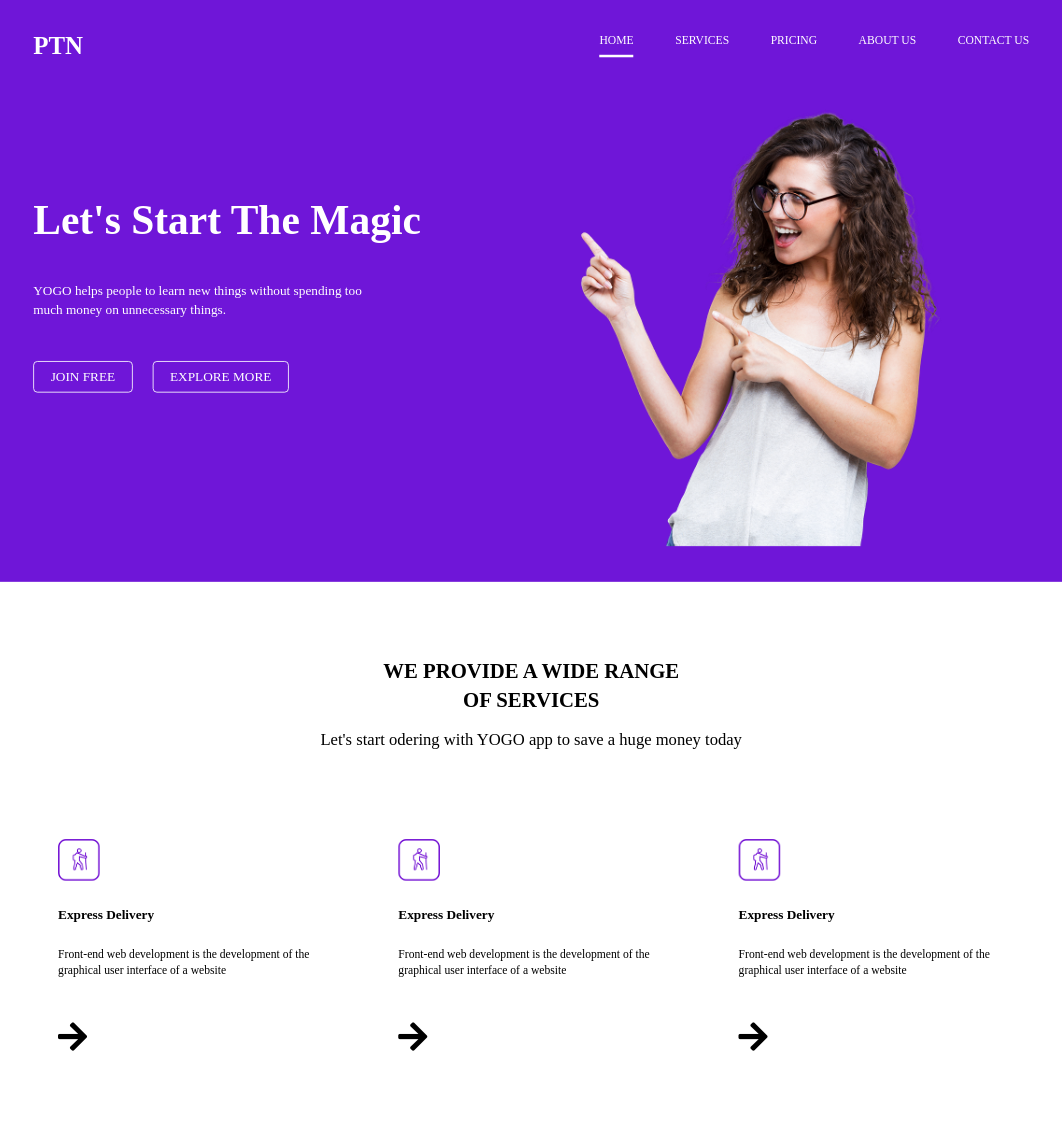
Repository: PhamTrungNguyen/LuyenTap
Page: index.html
The author's editor kept a copy of each file at every save. The page is drawn from the files as they stood at one save, then again after the next save.
The browser window is 1280 px wide. The pictures show the whole page, at 83% of full size.
Some web fonts or font styles are not loaded; a fallback is used. The style sheet was rebuilt from its Sass, Less or Tailwind sources for each picture, by a compiler version that may differ from the author's.

Above is the page before, as saved 2021-12-05 20:06:13.

### index.html
<!DOCTYPE html>
<html lang="en">

<head>
    <meta charset="UTF-8">
    <meta http-equiv="X-UA-Compatible" content="IE=edge">
    <meta name="viewport" content="width=device-width, initial-scale=1.0">
    <title>TN_YoGo</title>
    <link rel="stylesheet" href="./reset.css">
    <link rel="stylesheet" href="./style.css">
    <!-- link truyền icon -->
    <link rel="stylesheet" href="https://cdnjs.cloudflare.com/ajax/libs/font-awesome/5.15.3/css/all.min.css"
        integrity="sha512-iBBXm8fW90+nuLcSKlbmrPcLa0OT92xO1BIsZ+ywDWZCvqsWgccV3gFoRBv0z+8dLJgyAHIhR35VZc2oM/gI1w=="
        crossorigin="anonymous" referrerpolicy="no-referrer" />
    <!-- link font chữ -->
    <link
        href="https://fonts.googleapis.com/css2?family=Roboto:ital,wght@0,300;0,400;1,300;1,400&family=Zen+Loop&display=swap"
        rel="stylesheet">
</head>

<body>
    <!-- -------------------- Logo và menu -------------------- -->
    <header class="header">
        <div class="container">
            <div class="header-main">
                <a href="#" class="header-main_logo">PTN</a>
                <ul class="header-main_menu">
                    <li class="header-main_menu__item">
                        <a href="" class="header-main_menu__link active-home">Home</a>
                    </li>
                    <li class="header-main_menu__item">
                        <a href="" class="header-main_menu__link">Services</a>
                    </li>
                    <li class="header-main_menu__item">
                        <a href="" class="header-main_menu__link">Pricing</a>
                    </li>
                    <li class="header-main_menu__item">
                        <a href="" class="header-main_menu__link">About Us</a>
                    </li>
                    <li class="header-main_menu__item">
                        <a href="" class="header-main_menu__link">Contact Us</a>
                    </li>
                </ul>
            </div>
            <!-- -------------------- Phần header trung tâm -------------------- -->
            <div class="header-center">
                <div class="header-left">
                    <h2 class="header-left_title">Let's Start The Magic</h2>
                    <p class="header-left_desc">YOGO helps people to learn new things without spending too much money on
                        unnecessary things.</p>
                    <div class="header-left_click">
                        <a href="" class="header-left_link">join free</a>
                        <a href="" class="header-left_link">explore more</a>
                    </div>
                </div>
                <div class="header-right">
                    <img src="./images/home-pic.png" alt="" class="header-right_image">
                </div>
            </div>
        </div>
    </header>
    <!-- -------------------- Phần service ( dưới header ) -------------------- -->
    <section class="service">
        <div class="container">
            <div class="service-over">
                <h2 class="service-over_title">we provide a wide range of services</h2>
                <p class="service-over_desc">Let's start odering with YOGO app to save a huge money today</p>
            </div>
            <div class="service-below">
                <div class="service-below--list">
                    <div class="service-below--block">
                        <img src="./images/Icon-1.png" alt="" class="service-below_icon">
                        <h3 class="service-below_title">Express Delivery</h3>
                        <span class="service-below_desc">Front-end web development is the development of the graphical user interface of a website</span>
                        <div class="service-below_item">
                            <i class="fas fa-arrow-right"></i>
                        </div>
                    </div>
                </div>
                <div class="service-below--list">
                    <div class="service-below--block">
                        <img src="./images/Icon-1.png" alt="" class="service-below_icon">
                        <h3 class="service-below_title">Express Delivery</h3>
                        <span class="service-below_desc">Front-end web development is the development of the graphical user interface of a website</span>
                        <div class="service-below_item">
                            <i class="fas fa-arrow-right"></i>
                        </div>
                    </div>
                </div>
                <div class="service-below--list">
                    <div class="service-below--block">
                        <img src="./images/Icon-1.png" alt="" class="service-below_icon">
                        <h3 class="service-below_title">Express Delivery</h3>
                        <span class="service-below_desc">Front-end web development is the development of the graphical user interface of a website</span>
                        <div class="service-below_item">
                            <i class="fas fa-arrow-right"></i>
                        </div>
                    </div>
                </div>

            </div>
        </div>
    </section>

</body>

</html>

### reset.css
/* http://meyerweb.com/eric/tools/css/reset/
   v2.0 | 20110126
   License: none (public domain)
*/

html,
body,
div,
span,
applet,
object,
iframe,
h1,
h2,
h3,
h4,
h5,
h6,
p,
blockquote,
pre,
a,
abbr,
acronym,
address,
big,
cite,
code,
del,
dfn,
em,
img,
ins,
kbd,
q,
s,
samp,
small,
strike,
strong,
sub,
sup,
tt,
var,
b,
u,
i,
center,
dl,
dt,
dd,
ol,
ul,
li,
fieldset,
form,
label,
legend,
table,
caption,
tbody,
tfoot,
thead,
tr,
th,
td,
article,
aside,
canvas,
details,
embed,
figure,
figcaption,
footer,
header,
hgroup,
menu,
nav,
output,
ruby,
section,
summary,
time,
mark,
audio,
video {
  margin: 0;
  padding: 0;
  border: 0;
  font-size: 100%;
  font: inherit;
  vertical-align: baseline;
}
/* HTML5 display-role reset for older browsers */
article,
aside,
details,
figcaption,
figure,
footer,
header,
hgroup,
menu,
nav,
section {
  display: block;
}
body {
  line-height: 1;
}
ol,
ul {
  list-style: none;
}
blockquote,
q {
  quotes: none;
}
blockquote:before,
blockquote:after,
q:before,
q:after {
  content: "";
  content: none;
}
table {
  border-collapse: collapse;
  border-spacing: 0;
}

### style.scss
html {
  font-size: 62.5%;
}
* {
  box-sizing: border-box;
}
body {
  font-family: "Bona Nova", serif;
  font-size: 1.6rem;
  font-weight: normal;
  outline: none;
}
a {
  text-decoration: none;
}
img {
  max-width: 100%;
}
.container {
  padding: 4rem;
}
.active-home {
  border-bottom: 3px solid white !important;
  padding-bottom: 10px;
}
.header {
  //-------------------- Logo và menu --------------------
  background-color: #6f16d8;
  &-main {
    // max-width: 1100px;
    display: flex;
    flex-direction: row;
    justify-content: space-between;
    &_logo {
      display: inline-block;
      text-transform: uppercase;
      font-size: 3rem;
      font-weight: 700;
      color: white;
    }
    &_menu {
      cursor: pointer;
      display: flex;
      flex-direction: row;
      position: relative;
      &__item:not(:last-child) {
        margin-right: 5rem;
      }
      &__link {
        text-transform: uppercase;
        display: inline-block;
        color: white;
        font-size: 1.4rem;
        border-bottom: 2px solid transparent;
        padding-bottom: 10px;
        transition: all 0.25s linear;
      }
      &__link:hover {
        color: black;
        border-bottom: 3px solid white;
      }
    }
  }
}
@media screen and (max-width: 767px) {
  .container {
    padding: 3rem;
  }
  .header-main {
    display: block;
    &_logo {
      display: block;
      text-align: center;
      padding-bottom: 1rem;
    }
  }
  .header-main_menu__item:not(:last-child) {
    margin-right: 1.4rem;
  }
  .header-main_menu__link {
    font-size: 1.5rem;
    text-transform: capitalize;
  }
}
//-------------------- Phần header trung tâm --------------------
.header {
  &-center {
    padding-top: 15rem;
    display: flex;
    justify-content: space-between;
  }
  &-left {
    margin-top: 2rem;
    &_title {
      color: white;
      font-size: 5rem;
      font-weight: bold;
      padding-bottom: 5rem;
    }
    &_desc {
      color: white;
      max-width: 400px;
      line-height: 1.4;
      padding-bottom: 5rem;
    }
    &_link {
      display: inline-block;
      padding: 1rem 2rem;
      color: white;
      text-transform: uppercase;
      border-radius: 0.5rem;
      border: 1px solid white;
      transition: all 0.25s linear;
      margin-right: 2rem;
    }
    &_link:hover {
      background-color: #fff;
      color: black;
    }
  }
  &-right {
    margin-right: 10rem;
    margin-top: -10rem;
    &_image {
      width: 45rem;
    }
  }
}
@media screen and (max-width: 1023px) {
  .header-left {
    margin-top: 0rem;
  }
  .header-center {
    padding-top: 8rem;
  }
  .header-right {
    margin-right: 0rem;
    margin-top: -3rem;
  }
  .header-left_title {
    padding-bottom: 3rem;
  }
  .header-left_desc {
    max-width: 350px;
    padding-bottom: 4rem;
  }
}
@media  screen and (max-width:767px){
  .header-center {
    padding-top: 4rem;
}
  .header-left_title {
    font-size: 2rem;
    padding-bottom: 2rem;
}
.header-right_image {
  width: 50rem;
  height: 24rem;
}
.header-right {
  margin-right: -3rem;
  margin-top: 0rem;
}
.header-left_desc {
  line-height: 1.2;
  padding-bottom: 0rem;
  font-size: 1.2rem;
}
.header-left_link {
  margin-top: 2rem;
  padding: 0.5rem 1rem;
  font-size: 1.5rem;
  margin-right: 0rem;
  max-width: 10rem;
  text-align: center;
}
}
//-------------------- Phần service ( dưới header ) --------------------
.service
{
  padding-top: 5rem;
  &-over
  {
    padding-bottom: 5rem;
    text-align: center;
    &_title
    {
      margin: 0 auto;
      text-transform: uppercase;
      color: black;
      font-size: 2.5rem;
      font-weight: 600;
      max-width:380px;
      padding-bottom: 2rem;
      line-height: 1.4;
    }
    &_desc
    {
      font-size: 2rem;
    }
  }
  &-below
  {

    display:flex;
    flex-wrap: wrap;
    &--block{
      padding:6rem 3rem 4rem 3rem;
      // background-color: #6f16d8;
      border-radius:1rem;
      transition: all 0.75s ease;
    }
    &--list{
      width: calc(33.33% - 2rem);

    }
    &--list:hover{
      .service-below--block{
        background-color: #6f16d8
      }
      .service-below_title , .service-below_desc,.service-below_item {
        transition: all 0.75s ease;
        color:white;
      }


    }
    &--list:not(:last-child)
    {
      margin-right: 3rem;

    }
    &_icon {
     width:5rem;
     height:5rem;
     margin-bottom: 3rem;
    }
    &_title{
      color: black;
      font-weight: 600;
      padding-bottom: 3rem;
      // transition: all 0.5s ease;
    }
    &_desc{
      color: black;
      line-height:1.4;
      word-break: break-word;
      font-size: 1.4rem;
      // transition: all 0.5s ease;
    }
    &_item{
      padding-top: 5rem;
      font-size: 4rem;
    }
  }
}

After the next save:
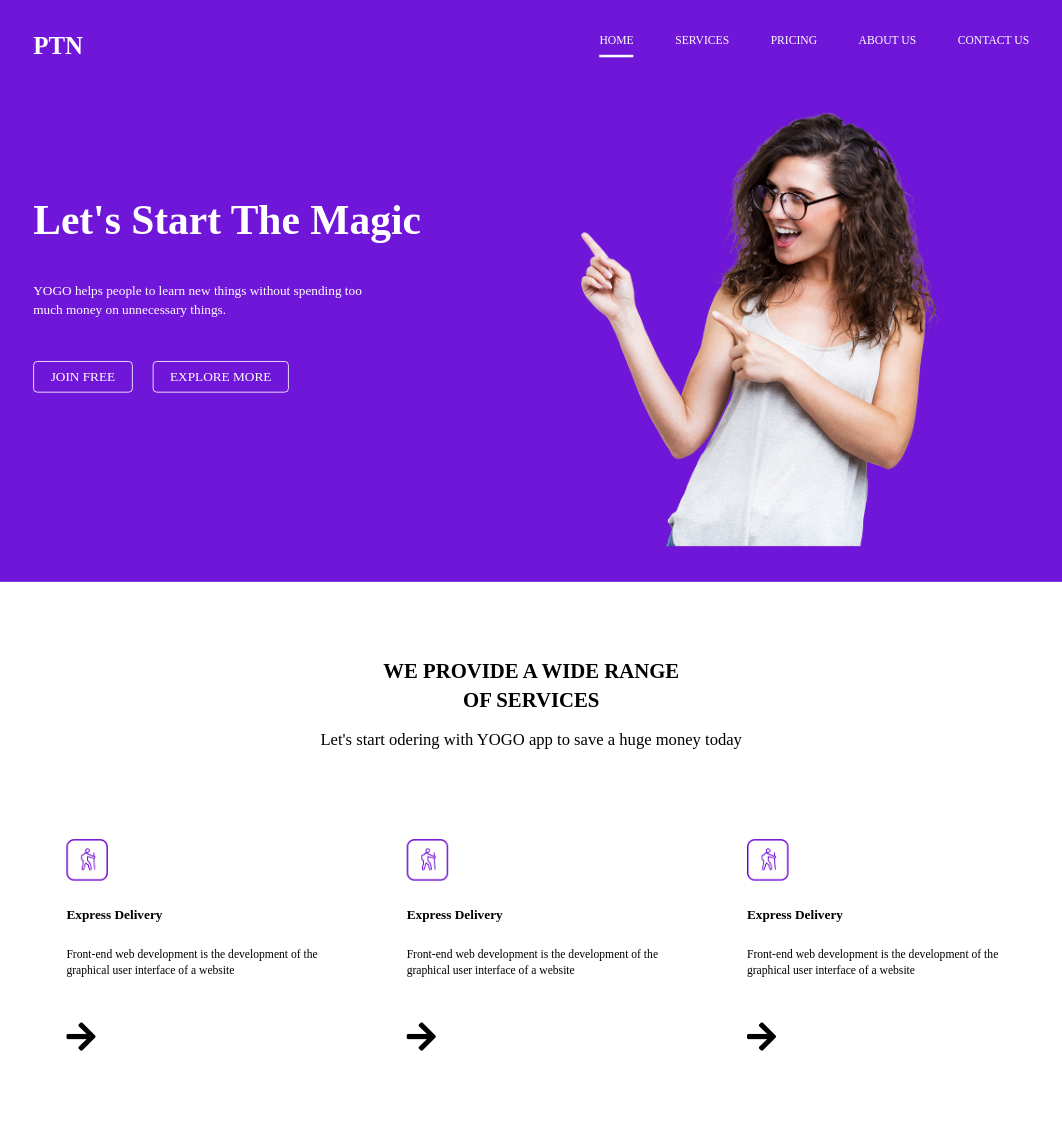
Saved 11 s later.
--- a/style.scss
+++ b/style.scss
@@ -205,7 +205,7 @@ img {
     display:flex;
     flex-wrap: wrap;
     &--block{
-      padding:6rem 3rem 4rem 3rem;
+      padding:6rem 3rem 4rem 4rem;
       // background-color: #6f16d8;
       border-radius:1rem;
       transition: all 0.75s ease;
